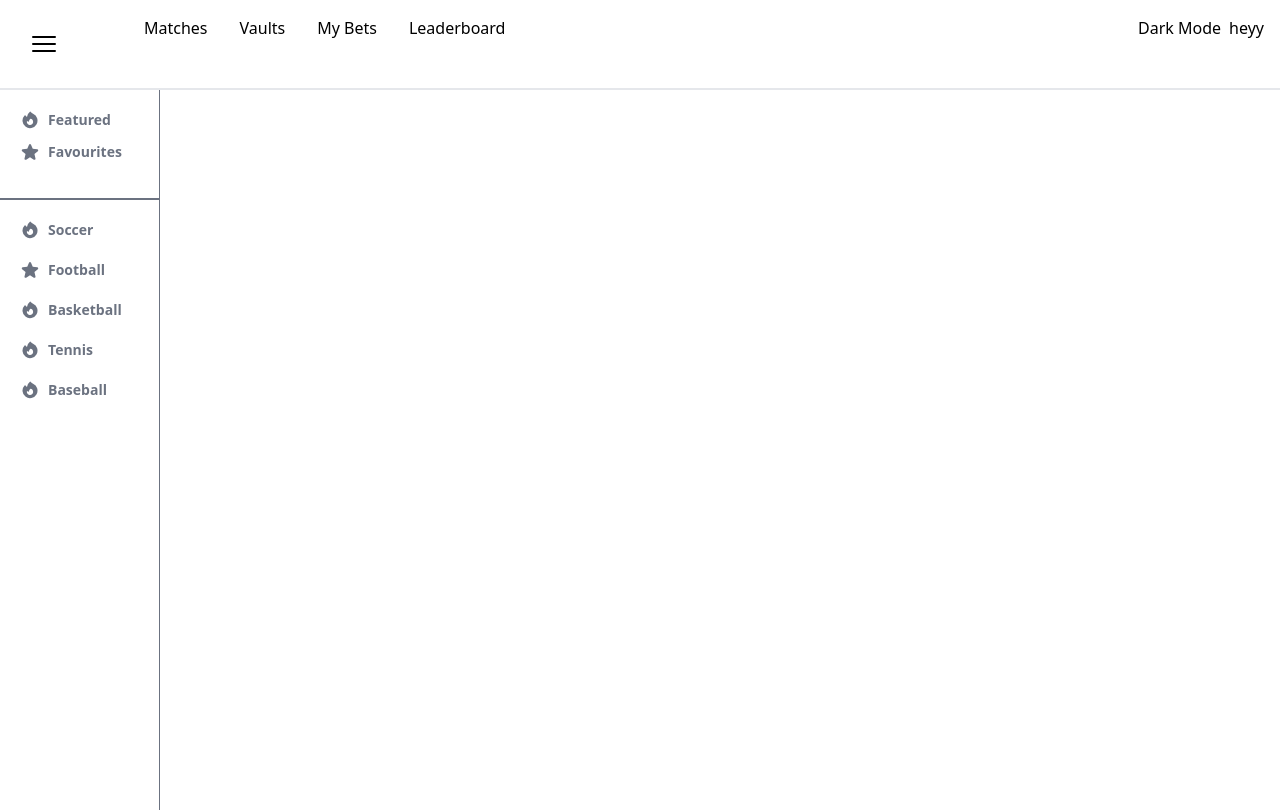
Repository: thekingisherenow/Betterbook
Page: /
These files come from the project's save history. The page is drawn as it stood at one moment and after the next save; the edit follows.
The browser window is 1280 px wide. The pictures show the whole page.
The project was rebuilt for these pictures with package versions that can differ from the ones it lists, and the page was loaded fresh each time. The framework's server and built-in components were replaced by stand-ins that run in the browser. Also part of the build but not shown: next.config.js.

Above is the page before, as saved 2023-01-16 23:29:41.

### src/pages/_app.tsx
import type { AppProps } from 'next/app'
import { Provider } from 'react-redux'
import store from '../core/store'
import '../core/styles/root.css'

const App = (props: AppProps) => {
  const { Component, pageProps } = props
  return (
    <Provider store={store}>
      <Component {...pageProps} />
    </Provider>
  )
}

export default App

### src/pages/index.tsx
import type { NextPage } from 'next'
import { useEffect, useState } from 'react'
import API from '../core/services'
import { Game } from '../types/game'
import Sidebar from '../components/Typography/Sidebar'
import Header from '../components/Typography/Header'

const IndexPage: NextPage = () => {
  const [games, setGames] = useState<Game[]>([])

  useEffect(() => {
    API.games.fetchGames().then(setGames)
  }, [])

  return <div>
        <main className=''>

          {/* Header  */}
          <Header />
            {/* Sidebar */}
            <Sidebar/>
            {/* Center  */}

        </main>
  </div>
}

export default IndexPage

### src/core/store/index.ts
import { configureStore } from '@reduxjs/toolkit'
import { counterReducer } from './slices/counterSlice'

const store = configureStore({
  reducer: {
    counter: counterReducer,
  },
})

export default store

### src/core/services/index.ts
import * as gamesServices from './games'

const API = {
  games: gamesServices,
}

export default API

### src/components/Typography/Sidebar.tsx
import React from 'react'
import { FireIcon, StarIcon } from '@heroicons/react/24/solid'

function Sidebar() {
    return (
        <div className='text-gray-500 text-sm border-r h-screen w-40 border-gray-500'>
            <div>
                <div className='flex flex-col  p-5 space-y-3 font-semibold mb-4'>
                    <button className='flex items-center space-x-2 hover:text-blue-600'>
                        <FireIcon className='w-5 h-5' />
                        <p>Featured</p>
                    </button>
                    <button className='flex items-center space-x-2 hover:text-blue-600'>
                        <StarIcon className='w-5 h-5' />
                        <p>Favourites</p>
                    </button>
                </div>
                    <hr className='border-t-2 border-gray-500' />

                <div className='flex flex-col space-y-5  p-5 font-semibold mb-4'>
                    <button className='flex items-center space-x-2 hover:text-blue-600'>
                        <FireIcon className='w-5 h-5' />
                        <p>Soccer</p>
                    </button>
                    <button className='flex items-center space-x-2 hover:text-blue-600'>
                        <StarIcon className='w-5 h-5' />
                        <p>Football</p>
                    </button>
                    <button className='flex items-center space-x-2 hover:text-blue-600'>
                        <FireIcon className='w-5 h-5' />
                        <p>Basketball</p>
                    </button>
                    <button className='flex items-center space-x-2 hover:text-blue-600'>
                        <FireIcon className='w-5 h-5' />
                        <p>Tennis</p>
                    </button>
                    <button className='flex items-center space-x-2 hover:text-blue-600'>
                        <FireIcon className='w-5 h-5' />
                        <p>Baseball</p>
                    </button>
                </div>
            </div>
        </div>
    )
}

export default Sidebar

### src/components/Typography/Header.tsx
import { Bars3Icon } from '@heroicons/react/24/solid'
import React from 'react'
import NavLinks from './NavLinks'

function Header() {
  return (
    <header >
      <div className='p-4 flex text-center   border-b-2 '>

        <Bars3Icon className='h-8 w-8 m-3 cursor-pointer'/>
        <div className='ml-10'>

          {/* Nav Links */}
          <div className='ml-4 items-center'>

        <NavLinks  />
          </div>

        </div>
        <div className='flex space-x-2 justify-end ml-auto '>
          <div>
            Dark Mode
            </div>
            <div>
              heyy
              </div>
        </div>
      </div>
    </header>
  )
}

export default Header

### src/core/store/slices/counterSlice.ts
import { createSlice } from '@reduxjs/toolkit'

export const counterSlice = createSlice({
  name: 'counter',
  initialState: {
    count: 0,
  },
  reducers: {
    setCount(state, { payload }) {
      state.count = payload
    },
  },
})

export const counterReducer = counterSlice.reducer

### src/core/services/games.ts
import { Game } from '../../types/game'

export const fetchGames = (): Promise<Game[]> => {
  return Promise.resolve([
    {
      id: '1',
      name: 'Spain vs Argentina',
    },
  ])
}

### src/components/Typography/NavLinks.tsx
import React from 'react'
import { categories } from './constants'
import NavLink from './NavLink'

function NavLinks() {

    //const isActive is true if the url matches the current page.

  return (
    <nav>
      {categories.map((category)=>(
        <NavLink key={category} category={category} isActive={false} />
      ))}
    </nav>
  )
}

export default NavLinks

### src/components/Typography/constants.ts
import { Category } from "../../types/category"

export const categories : Category[] =[
    "Matches",
    "Vaults",
    "My Bets",
    "Leaderboard",
]

### src/components/Typography/NavLink.tsx
import Link from 'next/link';
import React from 'react'


type Props = {
    category: string;
    isActive: boolean;

}

function NavLink({category,isActive}:Props) {
  return (
    <Link href={'/${category}'}
        className={`cursor-pointer p-4  hover:font-bold hover:scale-110 transition-transform duration-200 ease-out ${isActive && 'text-blue-500  '}`}
    >
      {category}
    </Link>
  )
}

export default NavLink

### tailwind.config.js
/** @type {import('tailwindcss').Config} */
module.exports = {
  content: [
    './src/pages/**/*.{js,ts,jsx,tsx}',
    './src/components/**/*.{js,ts,jsx,tsx}',
    './src/modules/**/*.{js,ts,jsx,tsx}',
  ],
  theme: {
    extend: {},
  },
  plugins: [],
}

Loaded but not shown: src/core/styles/root.css (common file)

After the next save:
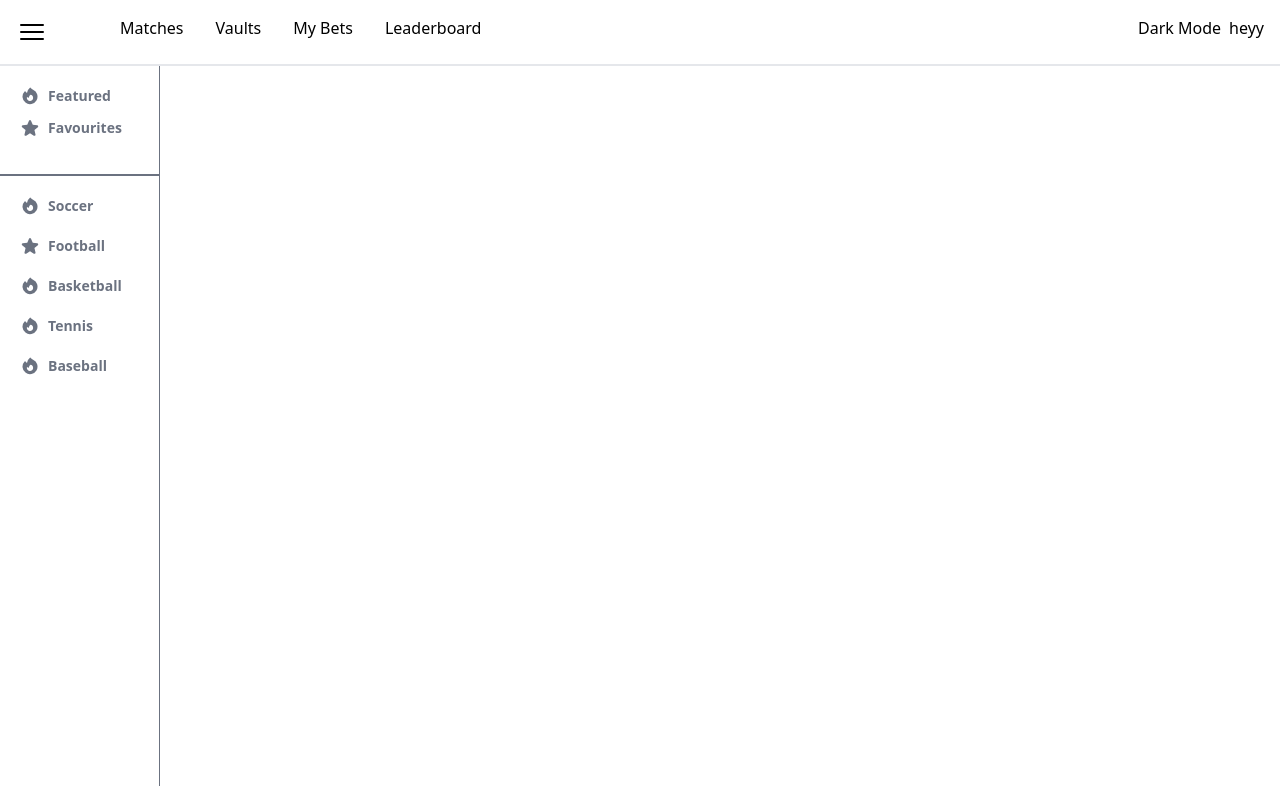
Saved 27 s later.
--- a/src/components/Typography/Header.tsx
+++ b/src/components/Typography/Header.tsx
@@ -7,7 +7,7 @@ function Header() {
     <header >
       <div className='p-4 flex text-center   border-b-2 '>
 
-        <Bars3Icon className='h-8 w-8 m-3 cursor-pointer'/>
+        <Bars3Icon className='h-8 w-8  cursor-pointer'/>
         <div className='ml-10'>
 
           {/* Nav Links */}
